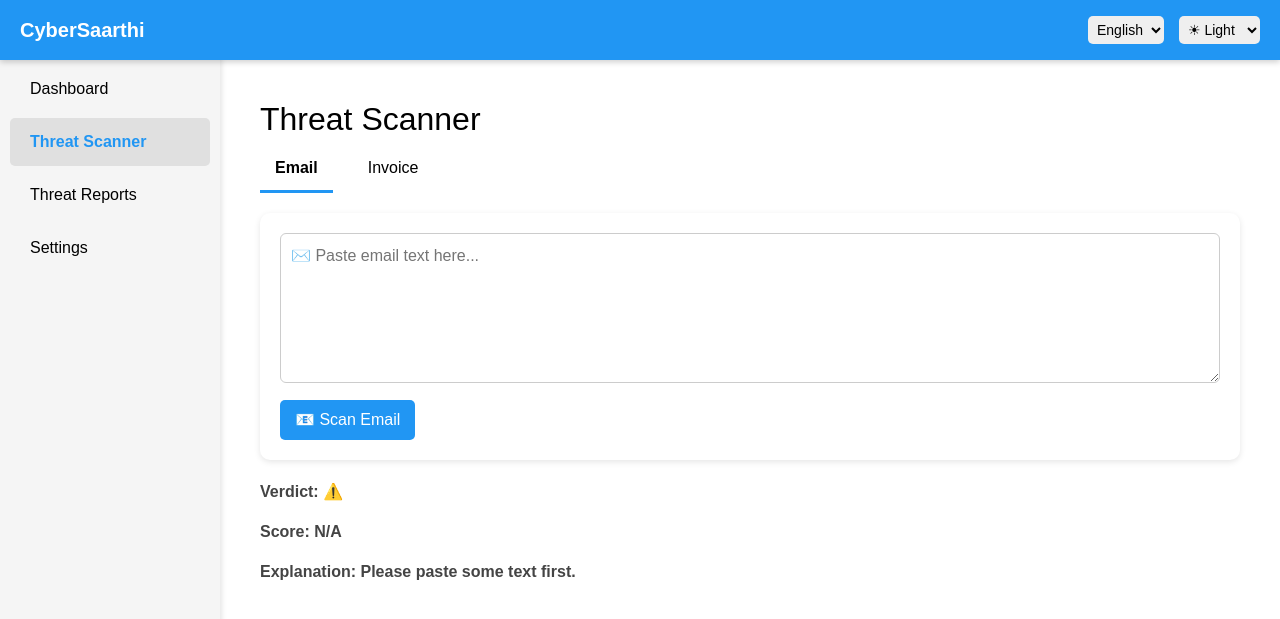
Repository: riyaaaa19/CyberSaarthi
Page: /scanner (app in frontend/), after clicking the first element matching `button`
An editor plug-in stored every save of this project. The page is shown before and after a run of saves, followed by the edit.
The browser window is 1280 px wide. The pictures show the whole page.
The project was rebuilt for these pictures with package versions that can differ from the ones it lists, and the page was loaded fresh each time. Also part of the build but not shown: frontend/vite.config.ts, frontend/src/services/api.js, frontend/src/pages/Dashboard.js, frontend/src/pages/Reports.js, frontend/src/pages/Settings.js.

Above is the page before, as saved 2025-08-21 19:49:13.

### frontend/src/index.js
import React from "react";
import ReactDOM from "react-dom/client";
import App from "./App";
import "bootstrap/dist/css/bootstrap.min.css";
import "./styles/style.css";

const root = ReactDOM.createRoot(document.getElementById("root"));
root.render(<App />);

### frontend/src/App.js
import React from "react";
import { BrowserRouter as Router, Routes, Route, Navigate } from "react-router-dom";
import Navbar from "./components/Navbar";
import Sidebar from "./components/Sidebar";
import Dashboard from "./pages/Dashboard";
import Scanner from "./pages/Scanner";
import Reports from "./pages/Reports";
import Settings from "./pages/Settings";
import { ThemeLangProvider } from "./ThemeLangContext";  // ✅ Import provider

function App() {
  const layoutStyle = { display: "flex" };
  const contentStyle = {
    marginLeft: "220px",
    flex: 1,
    padding: "20px",
    marginTop: "60px"   // ✅ push down content so it doesn’t overlap navbar
  };

  return (
    <ThemeLangProvider>
      <Router>
        <Navbar />
        <div style={layoutStyle}>
          <Sidebar />
          <div style={contentStyle}>
            <Routes>
              <Route path="/" element={<Navigate to="/dashboard" />} />
              <Route path="/dashboard" element={<Dashboard />} />
              <Route path="/scanner" element={<Scanner />} />
              <Route path="/reports" element={<Reports />} />
              <Route path="/settings" element={<Settings />} />
            </Routes>
          </div>
        </div>
      </Router>
    </ThemeLangProvider>
  );
}

export default App;

### frontend/src/styles/style.css
body {
  font-family: 'Poppins', sans-serif;
  background: #f8f9fa;
}
.sidebar {
  width: 250px;
  background: #fff;
  min-height: 100vh;
}
.nav-link.active {
  background-color: #0d6efd !important;
  color: #fff !important;
}

### frontend/src/components/Navbar.js
import React, { useContext } from "react";
import { ThemeLangContext } from "../ThemeLangContext";
import { useT } from "../i18n";   // ✅ use useT hook

function Navbar() {
  const { theme, setTheme, lang, setLang } = useContext(ThemeLangContext);
  const t = useT();   // ✅ call hook to get translation function

  const navbarStyle = {
    position: "fixed",
    top: 0,
    left: 0,
    width: "100%",
    height: "60px",
    background: theme === "dark" ? "#121212" : "#2196f3",
    color: "#fff",
    display: "flex",
    alignItems: "center",
    justifyContent: "space-between",
    padding: "0 20px",
    boxShadow: "0 2px 6px rgba(0,0,0,0.2)",
    zIndex: 1000
  };

  const titleStyle = {
    fontSize: "20px",
    fontWeight: "bold"
  };

  const controlsStyle = {
    display: "flex",
    alignItems: "center",
    gap: "15px"
  };

  const selectStyle = {
    padding: "5px",
    borderRadius: "5px",
    border: "none",
    fontSize: "14px",
    cursor: "pointer"
  };

  return (
    <div style={navbarStyle}>
      {/* App Title */}
      <div style={titleStyle}>{t("app.title")}</div>

      {/* Controls */}
      <div style={controlsStyle}>
        {/* Language Selector */}
        <select
          value={lang}
          onChange={(e) => setLang(e.target.value)}
          style={selectStyle}
        >
          <option value="en">English</option>
          <option value="hi">हिन्दी</option>
        </select>

        {/* Theme Selector */}
        <select
          value={theme}
          onChange={(e) => setTheme(e.target.value)}
          style={selectStyle}
        >
          <option value="light">☀ Light</option>
          <option value="dark">🌙 Dark</option>
        </select>
      </div>
    </div>
  );
}

export default Navbar;

### frontend/src/components/Sidebar.js
import React, { useContext } from "react";
import { Link, useLocation } from "react-router-dom";
import { ThemeLangContext } from "../ThemeLangContext";
import { useT } from "../i18n";   // ✅ use hook

function Sidebar() {
  const { theme } = useContext(ThemeLangContext);
  const location = useLocation();
  const t = useT();   // ✅ call hook

  const sidebarStyle = {
    width: "220px",
    height: "100vh",
    position: "fixed",
    left: 0,
    top: 0,
    background: theme === "dark" ? "#1e1e1e" : "#f5f5f5",
    color: theme === "dark" ? "#fff" : "#000",
    paddingTop: "60px",
    boxShadow: "2px 0 5px rgba(0,0,0,0.1)"
  };

  const linkStyle = (path) => ({
    display: "block",
    padding: "12px 20px",
    color:
      location.pathname === path
        ? "#2196f3"
        : theme === "dark"
        ? "#ddd"
        : "#000",
    textDecoration: "none",
    fontWeight: location.pathname === path ? "bold" : "normal",
    background:
      location.pathname === path
        ? theme === "dark"
          ? "#333"
          : "#e0e0e0"
        : "transparent",
    borderRadius: "5px",
    margin: "5px 10px"
  });

  return (
    <div style={sidebarStyle}>
      <Link to="/dashboard" style={linkStyle("/dashboard")}>
        {t("dashboard.title")}
      </Link>
      <Link to="/scanner" style={linkStyle("/scanner")}>
        {t("scanner.title")}
      </Link>
      <Link to="/reports" style={linkStyle("/reports")}>
        {t("reports.title")}
      </Link>
      <Link to="/settings" style={linkStyle("/settings")}>
        {t("settings.title")}
      </Link>
    </div>
  );
}

export default Sidebar;

### frontend/src/pages/Scanner.js
import React, { useState, useContext, useEffect } from "react";
import { useT } from "../i18n";
import { ThemeLangContext } from "../ThemeLangContext";

function Scanner() {
  const t = useT();
  const { theme } = useContext(ThemeLangContext);

  const [activeTab, setActiveTab] = useState("email");
  const [input, setInput] = useState("");
  const [result, setResult] = useState(null);

  // ✅ Reset textarea + result when switching tab
  useEffect(() => {
    setInput("");
    setResult(null);
  }, [activeTab]);

  // styles
  const boxStyle = {
    padding: "20px",
    borderRadius: "10px",
    marginTop: "20px",
    background: theme === "dark" ? "#1e1e1e" : "#fff",
    color: theme === "dark" ? "#f5f5f5" : "#000",
    boxShadow: "0 2px 6px rgba(0,0,0,0.1)",
  };

  const tabStyle = (tab) => ({
    padding: "10px 15px",
    cursor: "pointer",
    borderBottom:
      activeTab === tab
        ? `3px solid ${theme === "dark" ? "#90caf9" : "#2196f3"}`
        : "3px solid transparent",
    fontWeight: activeTab === tab ? "bold" : "normal",
    color: theme === "dark" ? "#f5f5f5" : "#000",
  });

  const buttonStyle = {
    marginTop: "10px",
    padding: "8px 15px",
    background: theme === "dark" ? "#90caf9" : "#2196f3",
    color: theme === "dark" ? "#000" : "white",
    border: "none",
    borderRadius: "5px",
    cursor: "pointer",
  };

  // 🔔 Browser notification function
  function showNotification(title, body) {
    if (Notification.permission === "granted") {
      new Notification(title, { body });
    } else if (Notification.permission !== "denied") {
      Notification.requestPermission().then((permission) => {
        if (permission === "granted") {
          new Notification(title, { body });
        }
      });
    }
  }

  const handleScan = async () => {
    if (!input.trim()) {
      setResult({ verdict: "⚠️", explanation: "Please paste some text first." });
      return;
    }

    setResult({ verdict: "⏳", explanation: "Scanning..." });

    const endpoint =
      activeTab === "email"
        ? "http://localhost:8000/v1/scan/email"
        : "http://localhost:8000/v1/scan/invoice";

    const body =
      activeTab === "email"
        ? { email_text: input, lang: "en" }
        : { invoice_text: input, lang: "en" };

    try {
      const res = await fetch(endpoint, {
        method: "POST",
        headers: {
          "Content-Type": "application/json",
          "x-api-key": localStorage.getItem("API_KEY") || "changeme-demo-key",
        },
        body: JSON.stringify(body),
      });

      const data = await res.json();
      setResult(data);

      showNotification("Scan Result", `${data.verdict} - ${data.explanation}`);
    } catch (err) {
      console.error(err);
      setResult({ verdict: "ERROR", explanation: "⚠️ Error scanning. Check backend." });
      showNotification("Scan Error", "Could not reach backend.");
    }
  };

  return (
    <div style={{ padding: "20px" }}>
      <h2>{t("scanner.title")}</h2>

      {/* Tabs */}
      <div style={{ display: "flex", gap: "20px", marginBottom: "20px" }}>
        <div style={tabStyle("email")} onClick={() => setActiveTab("email")}>
          {t("scanner.emailTab")}
        </div>
        <div style={tabStyle("invoice")} onClick={() => setActiveTab("invoice")}>
          {t("scanner.invoiceTab")}
        </div>
      </div>

      {/* Input box */}
      <div style={boxStyle}>
        <textarea
          placeholder={
            activeTab === "email"
              ? "✉️ Paste email text here..."
              : t("invoice.paste")
          }
          value={input}
          onChange={(e) => setInput(e.target.value)}
          style={{
            width: "100%",
            height: "150px",
            padding: "10px",
            borderRadius: "6px",
            border: "1px solid #ccc",
            background: theme === "dark" ? "#2c2c2c" : "#fff",
            color: theme === "dark" ? "#f5f5f5" : "#000",
          }}
        />
        <br />
        <button onClick={handleScan} style={buttonStyle}>
          {activeTab === "email" ? "📧 Scan Email" : t("invoice.scanText")}
        </button>
      </div>

      {/* Result */}
      {result && (
        <div
          style={{
            marginTop: "20px",
            fontWeight: "bold",
            color: theme === "dark" ? "#90caf9" : "#444",
          }}
        >
          <p><b>Verdict:</b> {result.verdict}</p>
          <p><b>Score:</b> {result.score ?? "N/A"}</p>
          <p><b>Explanation:</b> {result.explanation}</p>
        </div>
      )}
    </div>
  );
}

export default Scanner;

### frontend/src/ThemeLangContext.js
import React, { createContext, useState, useEffect } from "react";

export const ThemeLangContext = createContext();

export const ThemeLangProvider = ({ children }) => {
  const [theme, setTheme] = useState(localStorage.getItem("THEME") || "light");
  const [lang, setLang] = useState(localStorage.getItem("LANG") || "en");

  // Apply theme globally
  useEffect(() => {
    localStorage.setItem("THEME", theme);
    document.body.style.background = theme === "dark" ? "#121212" : "#fff";
    document.body.style.color = theme === "dark" ? "#f5f5f5" : "#000";
  }, [theme]);

  // Persist lang
  useEffect(() => {
    localStorage.setItem("LANG", lang);
  }, [lang]);

  return (
    <ThemeLangContext.Provider value={{ theme, setTheme, lang, setLang }}>
      {children}
    </ThemeLangContext.Provider>
  );
};

### frontend/src/i18n.js
import { useContext } from "react";
import { ThemeLangContext } from "./ThemeLangContext";

const MESSAGES = {
  en: {
    "app.title": "CyberSaarthi",

    // Common
    "common.verdict": "Verdict",
    "common.score": "Score",
    "common.explanation": "Explanation",

    // Email Scanner Verdicts
    "email.safe": "Safe",
    "email.suspicious": "Suspicious",
    "email.malicious": "Malicious",

    // Invoice Scanner
    "invoice.title": "Invoice Scanner",
    "invoice.safe": "Invoice Safe",
    "invoice.suspicious": "Invoice Suspicious",
    "invoice.malicious": "Invoice Malicious",
    "invoice.upload": "Upload invoice file (PDF/image)",
    "invoice.paste": "Or paste invoice text",
    "invoice.scanText": "Scan Text",

    // Dashboard
    "dashboard.title": "Dashboard",
    "dashboard.total": "Total Scans",
    "dashboard.safe": "Safe",
    "dashboard.suspicious": "Suspicious",
    "dashboard.malicious": "Malicious",
    "dashboard.distribution": "Threat Distribution",
    "dashboard.trend": "Threat Trend",
    "dashboard.recentReports": "Recent Reports",
    "dashboard.recentActivity": "Recent Activity",
    "dashboard.verdict": "Verdict",
    "dashboard.score": "Score",
    "dashboard.explanation": "Explanation",
    "dashboard.date": "Date",
    "dashboard.noReports": "No reports available",

    // Reports
    "reports.title": "Threat Reports",

    // Scanner
    "scanner.title": "Threat Scanner",
    "scanner.emailTab": "Email",
    "scanner.invoiceTab": "Invoice",

    // Settings
    "settings.title": "Settings",
    "settings.apiBase": "API Base URL",
    "settings.apiKey": "API Key (x-api-key header)",
    "settings.lang": "Language",
    "settings.theme": "Theme",
    "settings.light": "Light",
    "settings.dark": "Dark",
    "settings.notifications": "Enable Notifications",
    "settings.save": "Save",
    "settings.saved": "Settings saved successfully!"
  },

  hi: {
    "app.title": "साइबर सारथी",

    // Common
    "common.verdict": "परिणाम",
    "common.score": "स्कोर",
    "common.explanation": "व्याख्या",

    // Email Scanner Verdicts
    "email.safe": "सुरक्षित",
    "email.suspicious": "संदिग्ध",
    "email.malicious": "हानिकारक",

    // Invoice Scanner
    "invoice.title": "इनवॉइस स्कैनर",
    "invoice.safe": "इनवॉइस सुरक्षित",
    "invoice.suspicious": "इनवॉइस संदिग्ध",
    "invoice.malicious": "हानिकारक इनवॉइस",
    "invoice.upload": "इनवॉइस फ़ाइल अपलोड करें (PDF/इमेज)",
    "invoice.paste": "या इनवॉइस टेक्स्ट पेस्ट करें",
    "invoice.scanText": "टेक्स्ट स्कैन करें",

    // Dashboard
    "dashboard.title": "डैशबोर्ड",
    "dashboard.total": "कुल स्कैन",
    "dashboard.safe": "सुरक्षित",
    "dashboard.suspicious": "संदिग्ध",
    "dashboard.malicious": "हानिकारक",
    "dashboard.distribution": "खतरे का वितरण",
    "dashboard.trend": "खतरे की प्रवृत्ति",
    "dashboard.recentReports": "हाल की रिपोर्टें",
    "dashboard.recentActivity": "हाल की गतिविधियाँ",
    "dashboard.verdict": "परिणाम",
    "dashboard.score": "स्कोर",
    "dashboard.explanation": "व्याख्या",
    "dashboard.date": "तारीख",
    "dashboard.noReports": "कोई रिपोर्ट उपलब्ध नहीं",

    // Reports
    "reports.title": "खतरे की रिपोर्टें",

    // Scanner
    "scanner.title": "खतरा स्कैनर",
    "scanner.emailTab": "ईमेल",
    "scanner.invoiceTab": "इनवॉइस",

    // Settings
    "settings.title": "सेटिंग्स",
    "settings.apiBase": "API बेस URL",
    "settings.apiKey": "API कुंजी (x-api-key हेडर)",
    "settings.lang": "भाषा",
    "settings.theme": "थीम",
    "settings.light": "हल्की",
    "settings.dark": "गहरी",
    "settings.notifications": "सूचनाएं सक्षम करें",
    "settings.save": "सहेजें",
    "settings.saved": "सेटिंग्स सफलतापूर्वक सहेजी गईं!"
  }
};

// ✅ Hook version of translator
export function useT() {
  const { lang } = useContext(ThemeLangContext);
  return (key) => MESSAGES[lang]?.[key] || key;
}

Loaded but not shown: frontend/public/index.html (common file)

After the next 2 saves:
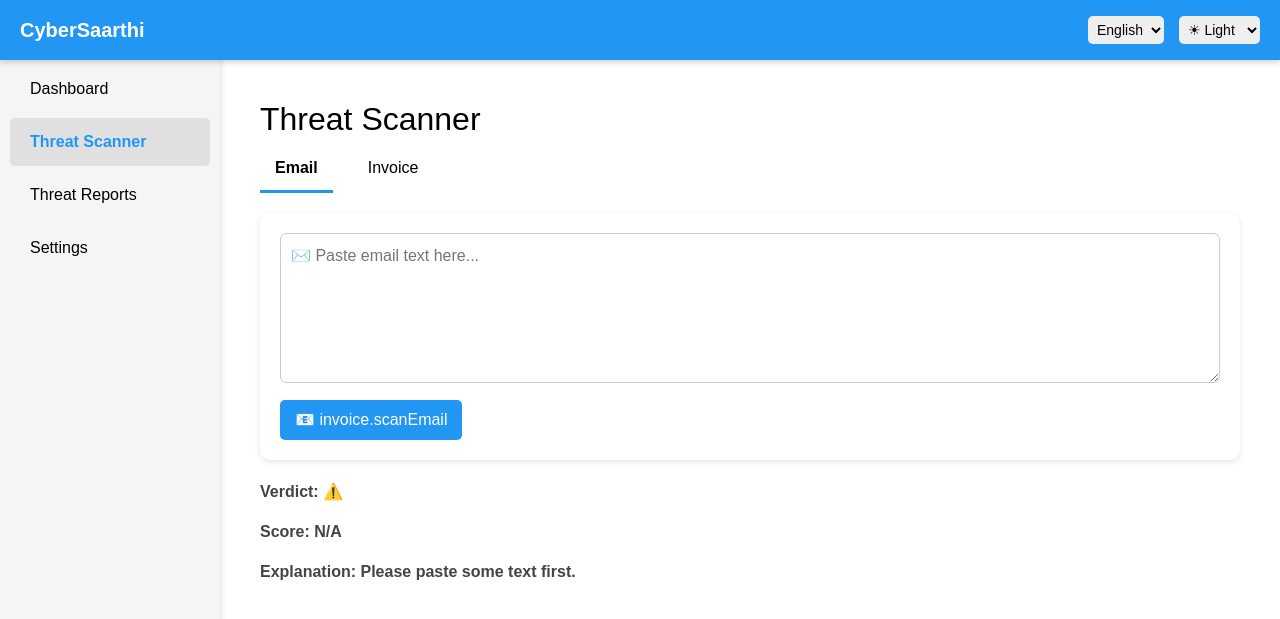
The 2 saves are shown as one change because 1 did not build or start.
The last was saved 4 min 2 s later.
--- a/frontend/src/pages/Scanner.js
+++ b/frontend/src/pages/Scanner.js
@@ -133,10 +133,10 @@ function Scanner() {
             color: theme === "dark" ? "#f5f5f5" : "#000",
           }}
         />
-        <br />
         <button onClick={handleScan} style={buttonStyle}>
-          {activeTab === "email" ? "📧 Scan Email" : t("invoice.scanText")}
+          {activeTab === "email" ? `📧 ${t("invoice.scanEmail")}` : t("invoice.scanText")}
         </button>
+
       </div>
 
       {/* Result */}
